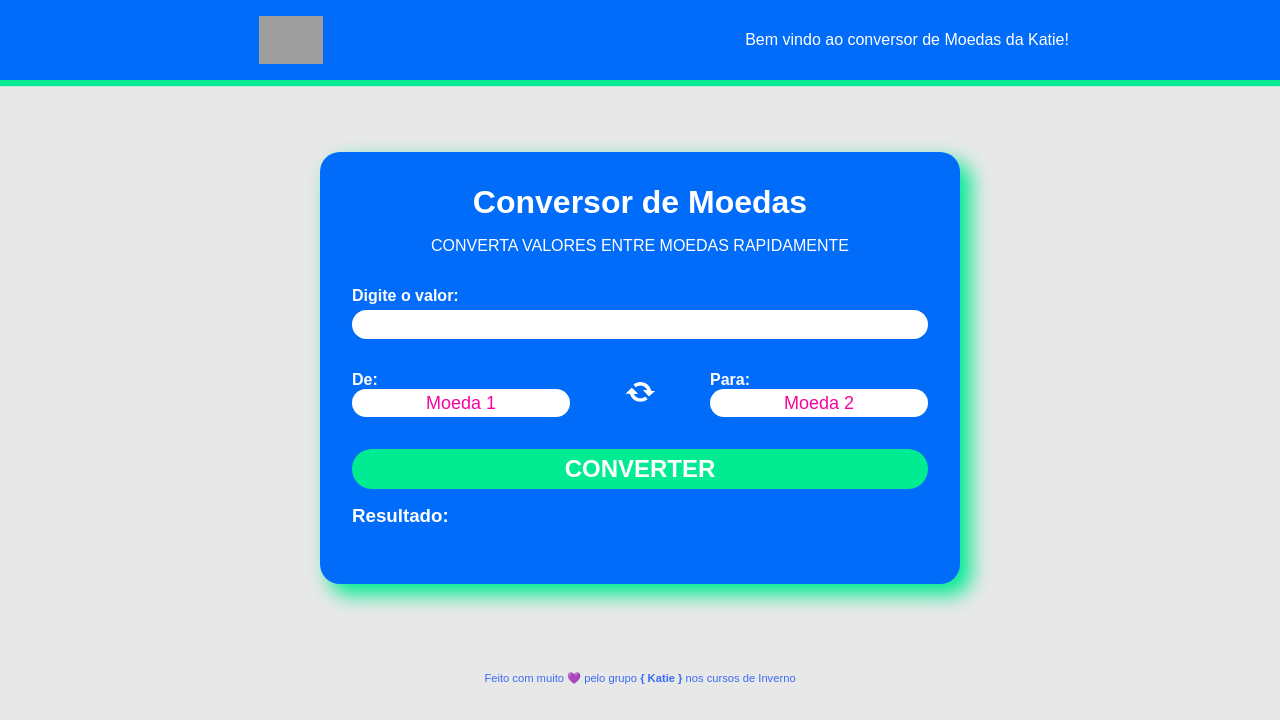
Repository: willamesalmeida/Conversor-de-Moedas
Page: index.html
An editor plug-in stored every save of this project. The page is shown before and after a run of saves, followed by the edit.
The browser window is 1280 px wide. The pictures show the whole page.
Pictures or frames that could not be fetched are drawn as grey boxes.

Above is the page before, as saved 2022-08-07 17:56:59.

After the next 2 saves:
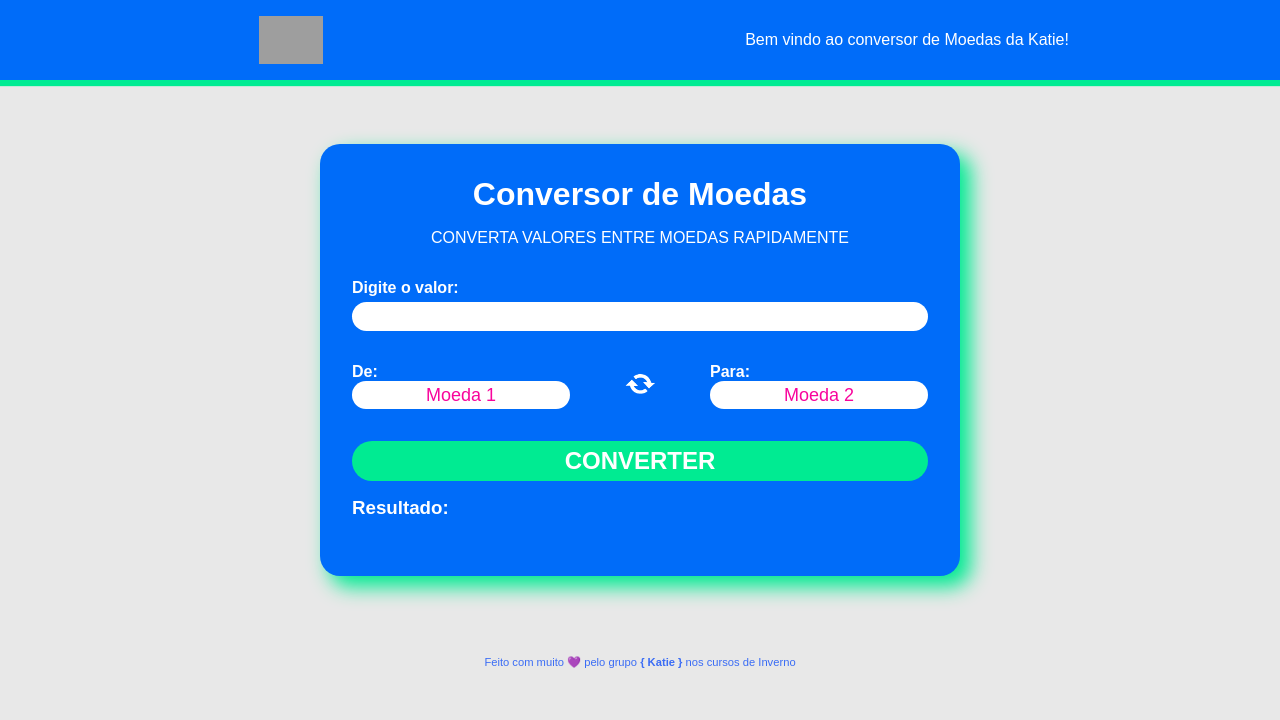
The 2 saves are shown as one change because they came seconds apart.
The last was saved 11 s later.
--- a/styles.css
+++ b/styles.css
@@ -20,7 +20,7 @@
 }
 
 .container {
-  padding: 2.5rem 1rem;
+  padding: 2rem 1rem;
 }
 
 .card {

After the save that followed:
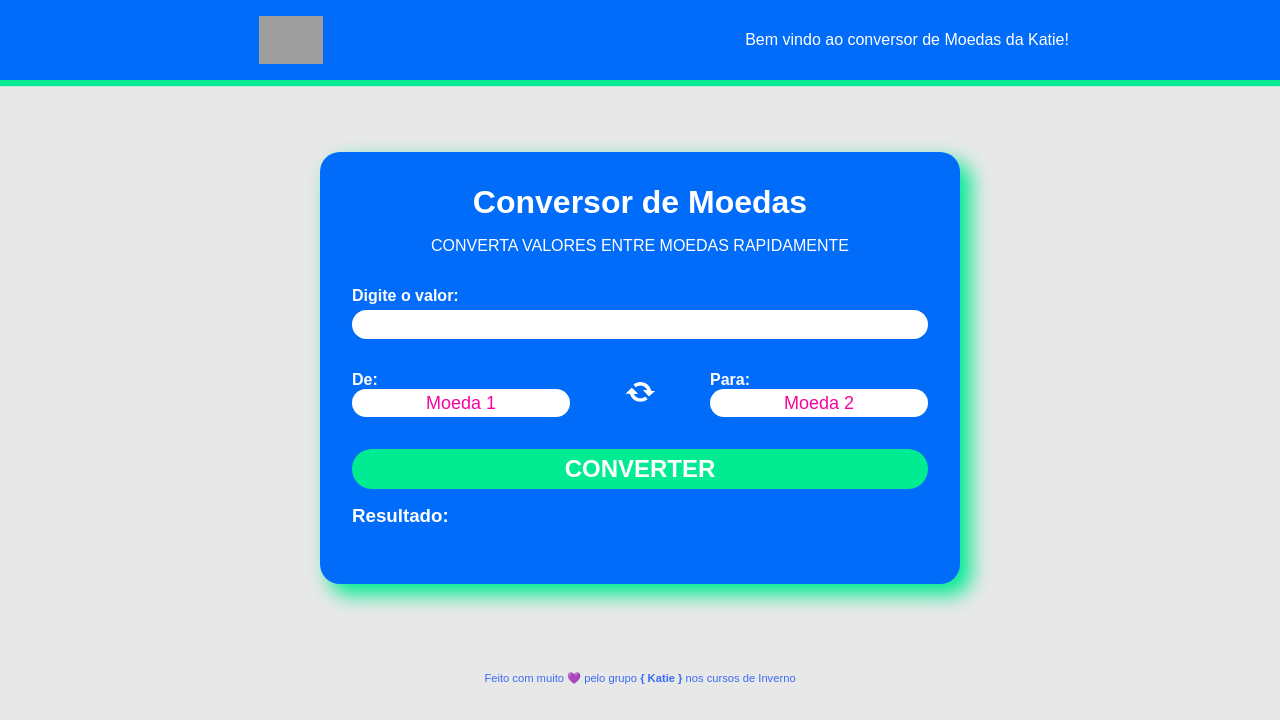
Saved 10 s later.
--- a/styles.css
+++ b/styles.css
@@ -20,7 +20,7 @@
 }
 
 .container {
-  padding: 2rem 1rem;
+  padding: 2.5rem 1rem;
 }
 
 .card {
